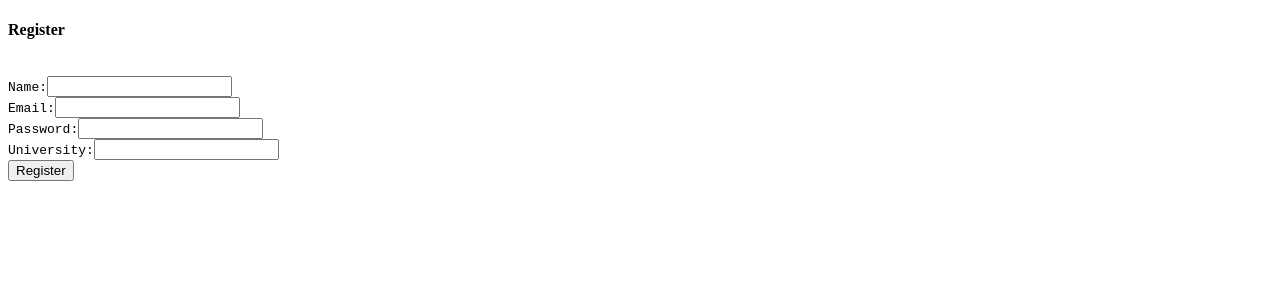
Repository: ankitaunhalkar/Bridgelabz-Servlet
Page: Servlet/WebContent/Register.html
These files come from the project's save history. The page is drawn as it stood at one moment and after a run of saves; the edit follows.
The browser window is 1280 px wide. The pictures show the whole page.

Above is the page before, as saved 2018-05-21 12:49:53.

After the next 2 saves:
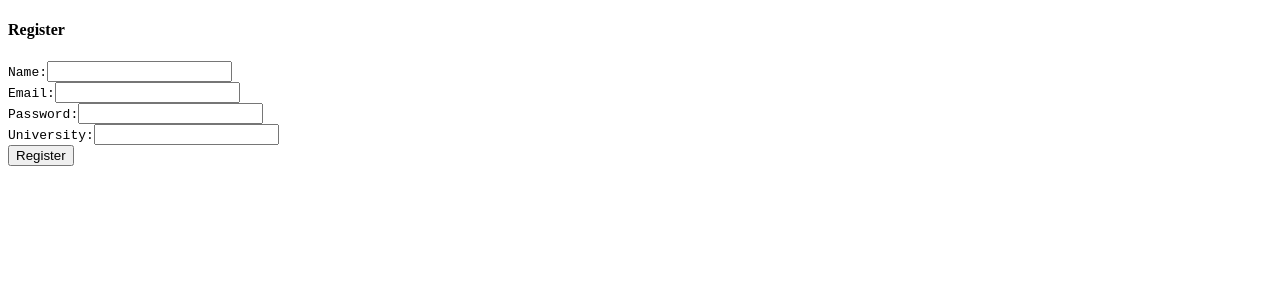
The 2 saves are shown as one change because they came seconds apart.
The last was saved 33 s later.
--- a/Servlet/WebContent/Register.html
+++ b/Servlet/WebContent/Register.html
@@ -6,14 +6,15 @@
 </head>
 <body>
 <h4>Register</h4>
+
+<form action="RegistrationServlet">
 <pre>
-<form action="RegistrationServlet">
 Name:<input type="text" name="name">
 Email:<input type="text" name="email">
 Password:<input type="text" name="password">
 University:<input type="text" name="university">
 <input type="submit" value="Register">
+</pre>
 </form>
-</pre>
 </body>
 </html>
